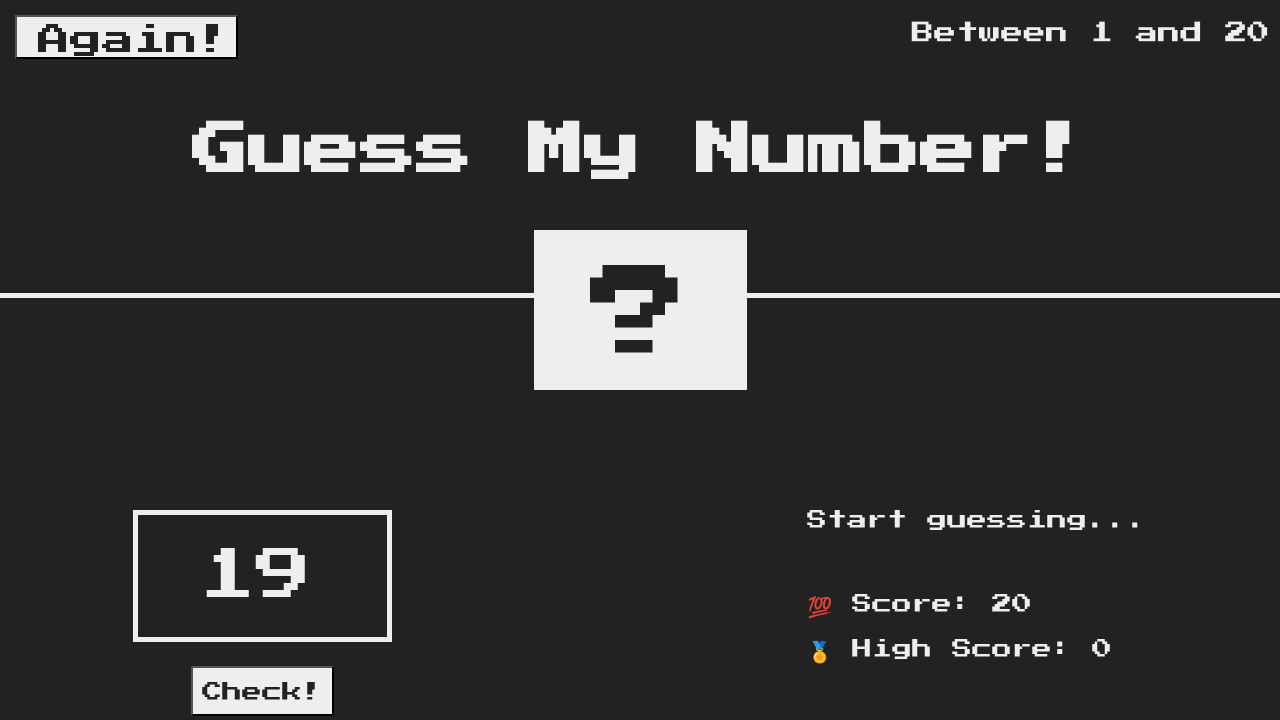
Repository: Aaryan-Poria/guess-the-number
Page: index.html
An editor plug-in stored every save of this project. The page is shown before and after the next save, followed by the edit.
The browser window is 1280 px wide. The pictures show the whole page.

Above is the page before, as saved 2023-08-19 10:23:11.

### index.html
<!DOCTYPE html>
<html lang="en">
  <head>
    <link rel="preconnect" href="https://fonts.googleapis.com" />
    <link rel="preconnect" href="https://fonts.gstatic.com" crossorigin />
    <link
      href="https://fonts.googleapis.com/css2?family=Press+Start+2P&display=swap"
      rel="stylesheet"
    />

    <meta charset="UTF-8" />
    <meta name="viewport" content="width=device-width, initial-scale=1.0" />
    <title>Guess My Number Game</title>
    <link rel="stylesheet" href="style.css" />
  </head>
  <body>
    <section class="page-top">
      <div class="header">
        <button class="btn again">Again!</button>
        <p class="between">Between 1 and 20</p>
      </div>
      <h3 class="guessText">Guess My Number!</h3>
    </section>
    <p class="number">?</p>
    <section class="page-bottom">
      <div class="interact">
        <label for="userInput">
          <input type="number" name="userInput" id="userInput" />
        </label>
        <button class="check">Check!</button>
      </div>
      <div class="text">
        <p class="startGuessing">Start guessing...</p>
        <p class="score">💯 Score: 20</p>
        <p class="highScore">🏅 High Score: 0</p>
      </div>
    </section>
    <script src="script.js"></script>
  </body>
</html>

### style.css
* {
  background-color: rgb(34, 34, 34);
  color: #eee;
  font-family: "Press Start 2P", cursive;
}

body {
  margin: 0;
  padding: 0;
  display: flex;
  flex-direction: column;
}
section.page-top {
  display: flex;
  flex-direction: column;
  justify-content: center;
  align-items: center;
  /* flex-grow: 1; */
  /* flex-shrink: 1; */
  flex-basis: 100%;
  border-bottom: 5px solid #eee;
  margin-bottom: -168px;
  padding-bottom: 58px;
}
div.header {
  display: flex;
  justify-content: space-between;
  align-items: flex-start;
  width: 100%;
}
.again {
  font-size: 2rem;
  padding-top: 7px;
  padding-left: 21px;
  background-color: #eee;
  color: rgb(34, 34, 34);
  display: flex;
  justify-content: center;
  align-items: center;
  margin-top: 15px;
  margin-left: 15px;
}
.between {
  display: flex;
  font-size: 1.4rem;
  padding-right: 10px;
  justify-content: center;
  align-items: center;
}
.guessText {
  font-size: 3.5rem;
}
p.number {
  color: rgb(34, 34, 34);
  background-color: #eee;
  display: flex;
  width: 213px;
  height: 150px;
  align-self: center;
  justify-content: center;
  align-items: center;
  font-size: 100px;
  padding-top: 10px;
}
section.page-bottom {
  display: flex;
  justify-content: space-around;
  align-items: flex-start;
  margin-top: 20px;
}
.interact {
  display: flex;
  flex-direction: column;
}
#userInput {
  border: 5px solid #eee;
  height: 120px;
  font-size: 3.5rem;
  width: 245px;
  text-indent: 60px;
}
.check {
  display: flex;
  font-size: 20px;
  background-color: #eee;
  color: rgb(34, 34, 34);
  width: 143px;
  height: 50px;
  margin-top: 24px;
  justify-content: center;
  align-self: center;
  padding-top: 14px;
}
.text {
  display: flex;
  flex-direction: column;
  font-size: 20px;
  margin-left: 150px;
}
.startGuessing {
  margin-top: 0px;
  padding-top: 0px;
}
.score {
  margin-top: 44px;
}
.highScore {
  margin-top: 0px;
}

### script.js
"use strict";

function generateRandomNumber() {
  return Math.trunc(Math.random() * 20) + 1;
}

const message = document.querySelector(".startGuessing").textContent;
//let usersInput = document.querySelector("#userInput").value;

let score = 20;
let highscore = 0;

const hiddenNumber = generateRandomNumber();

document.querySelector("#userInput").value = hiddenNumber;
console.log(document.querySelector("#userInput").value);

After the next save:
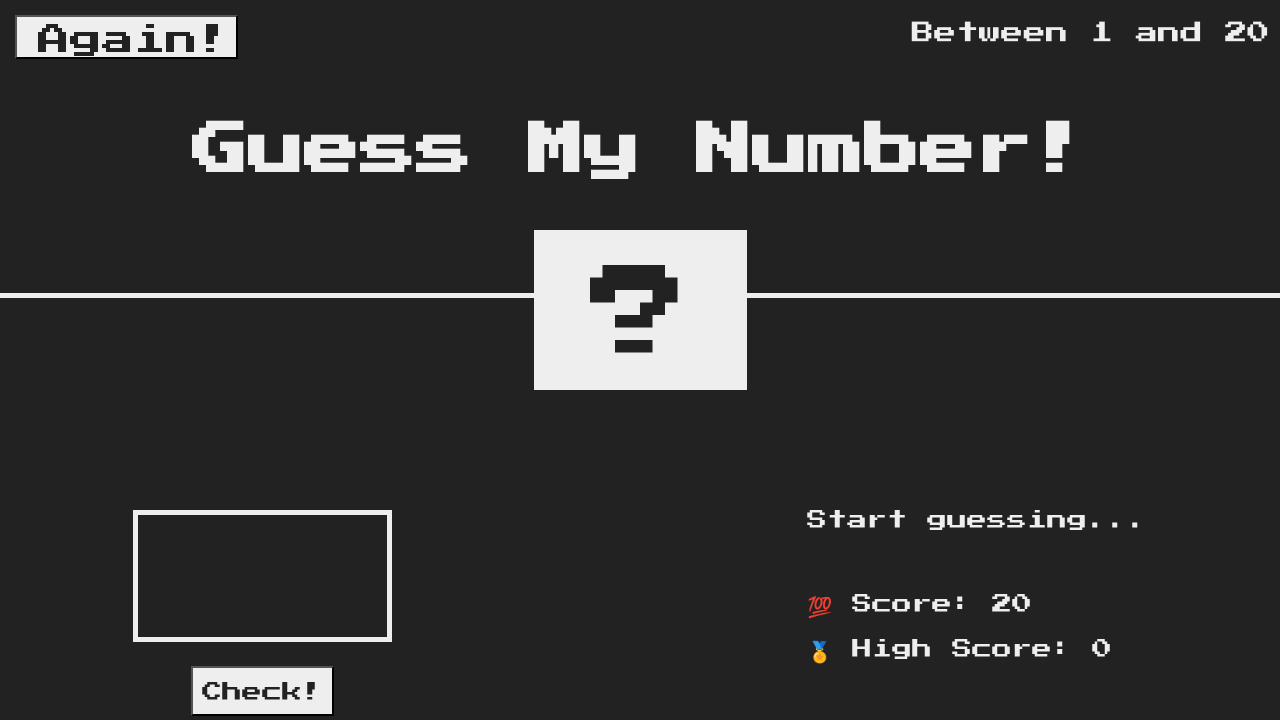
Saved 95 s later.
--- a/script.js
+++ b/script.js
@@ -12,5 +12,6 @@ let highscore = 0;
 
 const hiddenNumber = generateRandomNumber();
 
-document.querySelector("#userInput").value = hiddenNumber;
-console.log(document.querySelector("#userInput").value);
+document.querySelector(".check").addEventListener("click", function () {
+  console.log("Click Clicked!");
+});
